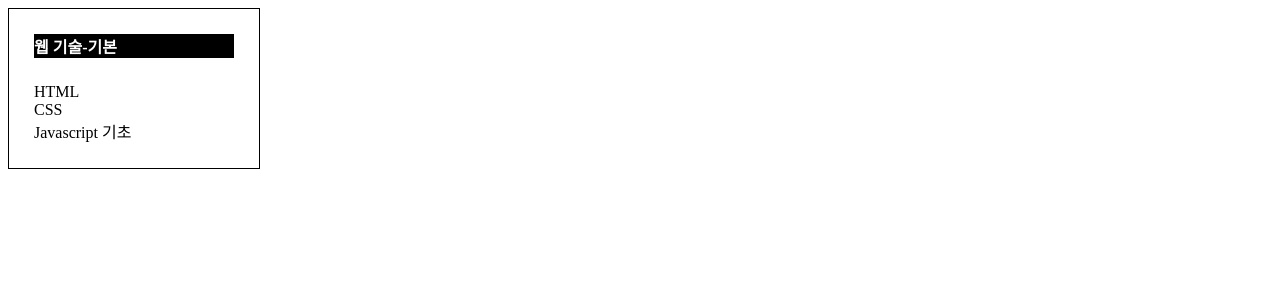
Repository: dudadab/Hhyundaiezwel_Academy
Page: CSS01/src/main/webapp/test1.html
The author's editor kept a copy of each file at every save. The page is drawn from the files as they stood at one save, then again after the next save.
The browser window is 1280 px wide. The pictures show the whole page.

Above is the page before, as saved 2025-07-02 06:25:07.

After the next save:
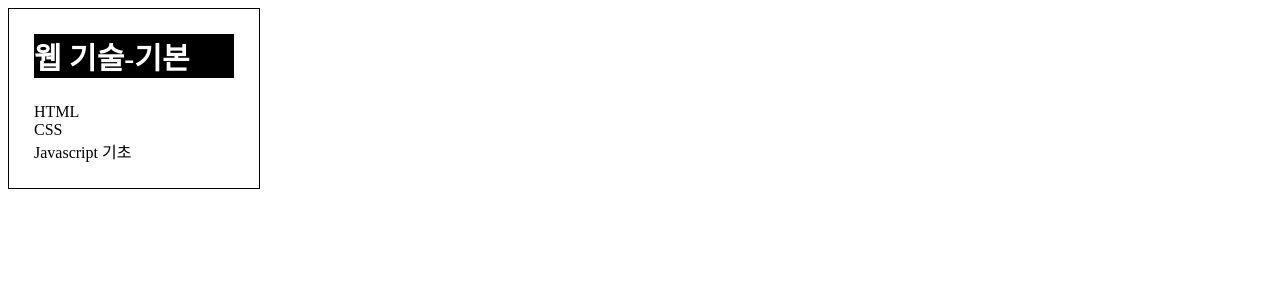
Saved 9 s later.
--- a/CSS01/src/main/webapp/test1.html
+++ b/CSS01/src/main/webapp/test1.html
@@ -12,7 +12,7 @@
     	.box h1 {
     		background-color:black;
     		color:white;
-    		font-size:16px;
+    		font-size:30px;
     		padding: 8pxl 12px;
     		margin: 0 0 25px 0;
 
